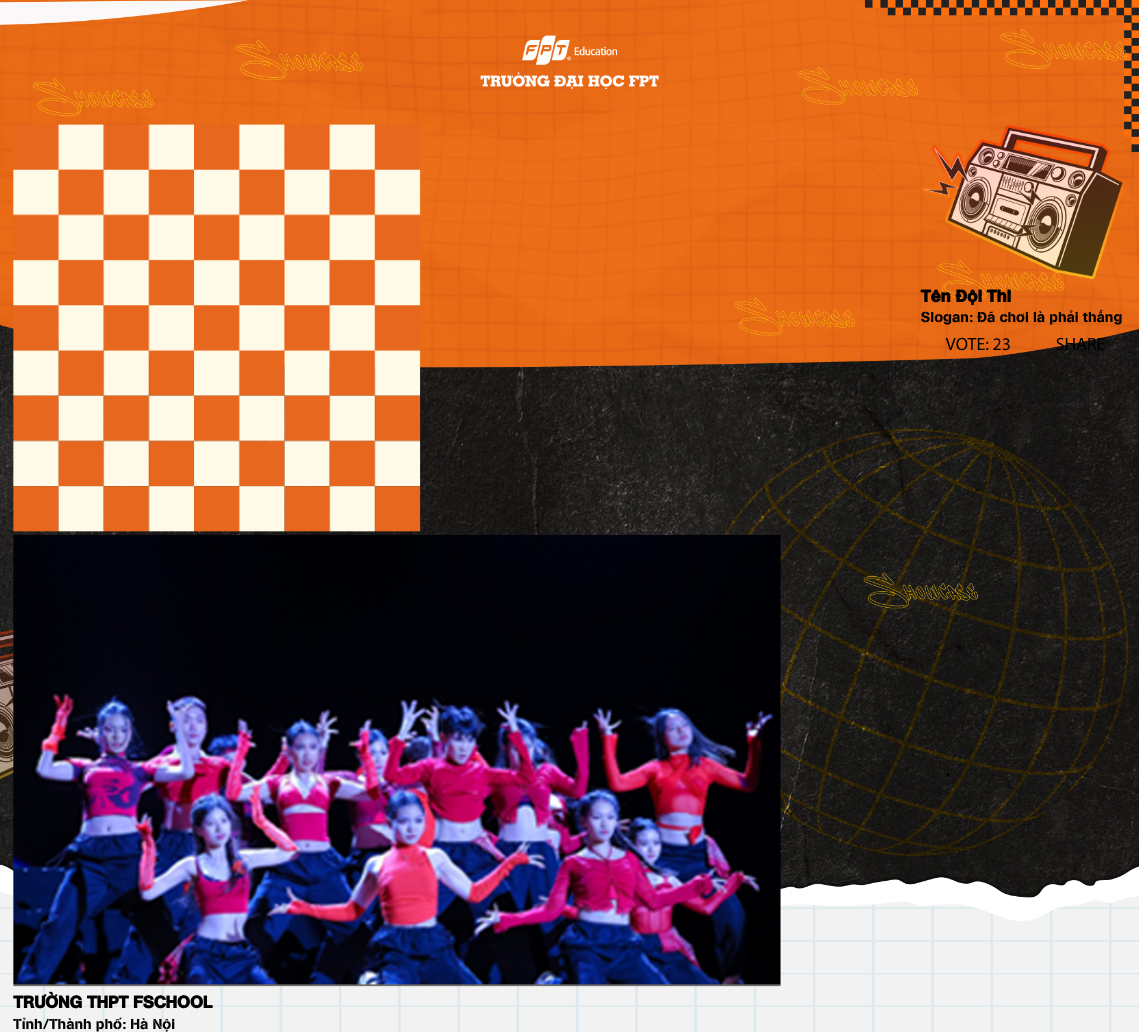
Repository: dinhtri123/hola_fpt
Page: detail.html
These files come from the project's save history. The page is drawn as it stood at one moment and after the next save; the edit follows.
The browser window is 1280 px wide. The pictures show the whole page, at 89% of full size.

Above is the page before, as saved 2025-01-04 22:40:39.

After the next save:
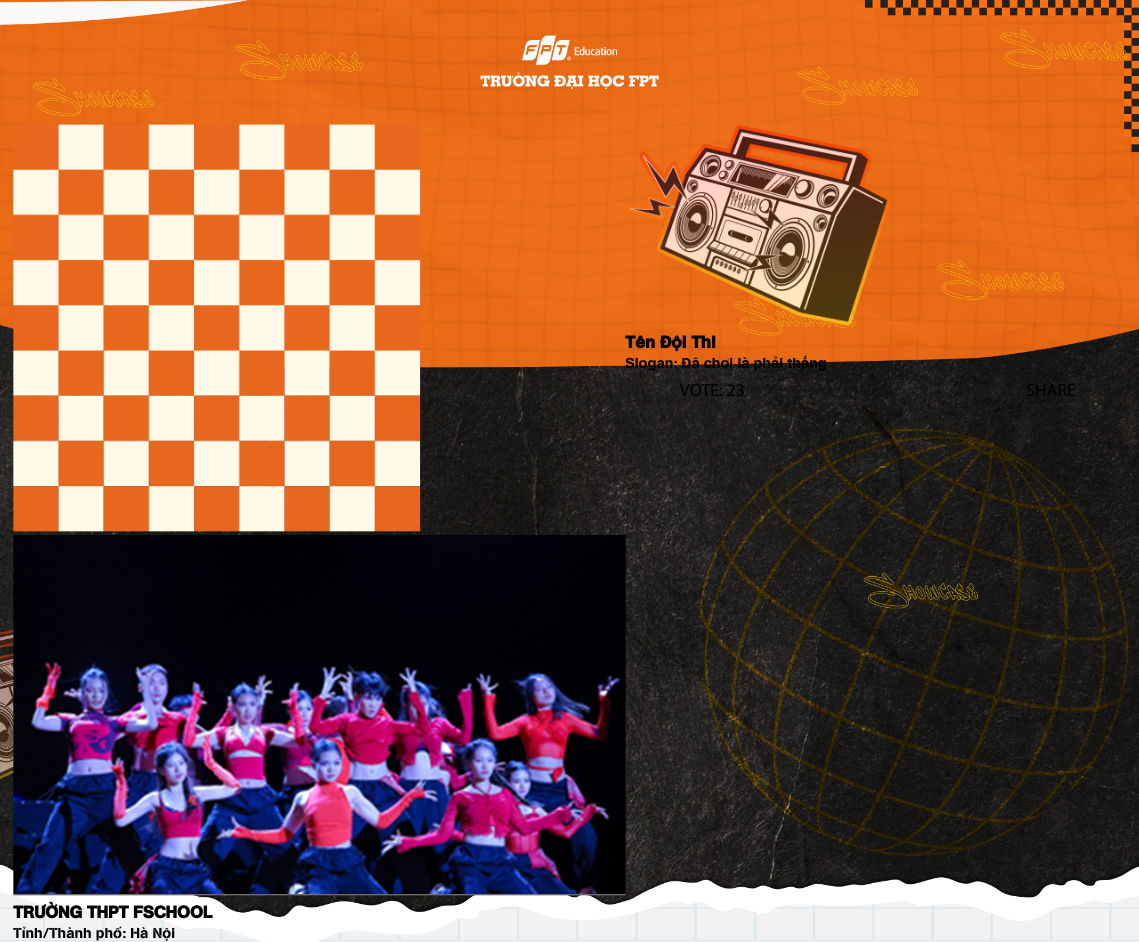
Saved 17 s later.
--- a/styles.css
+++ b/styles.css
@@ -365,8 +365,8 @@
   padding-top: 40px;
 }
 .detail-top {
-  display: flex;
-  justify-content: space-between;
+  display: grid;
+  grid-template-columns: 55% 45%;
 }
 
 @media screen and (max-width: 1280px) {
